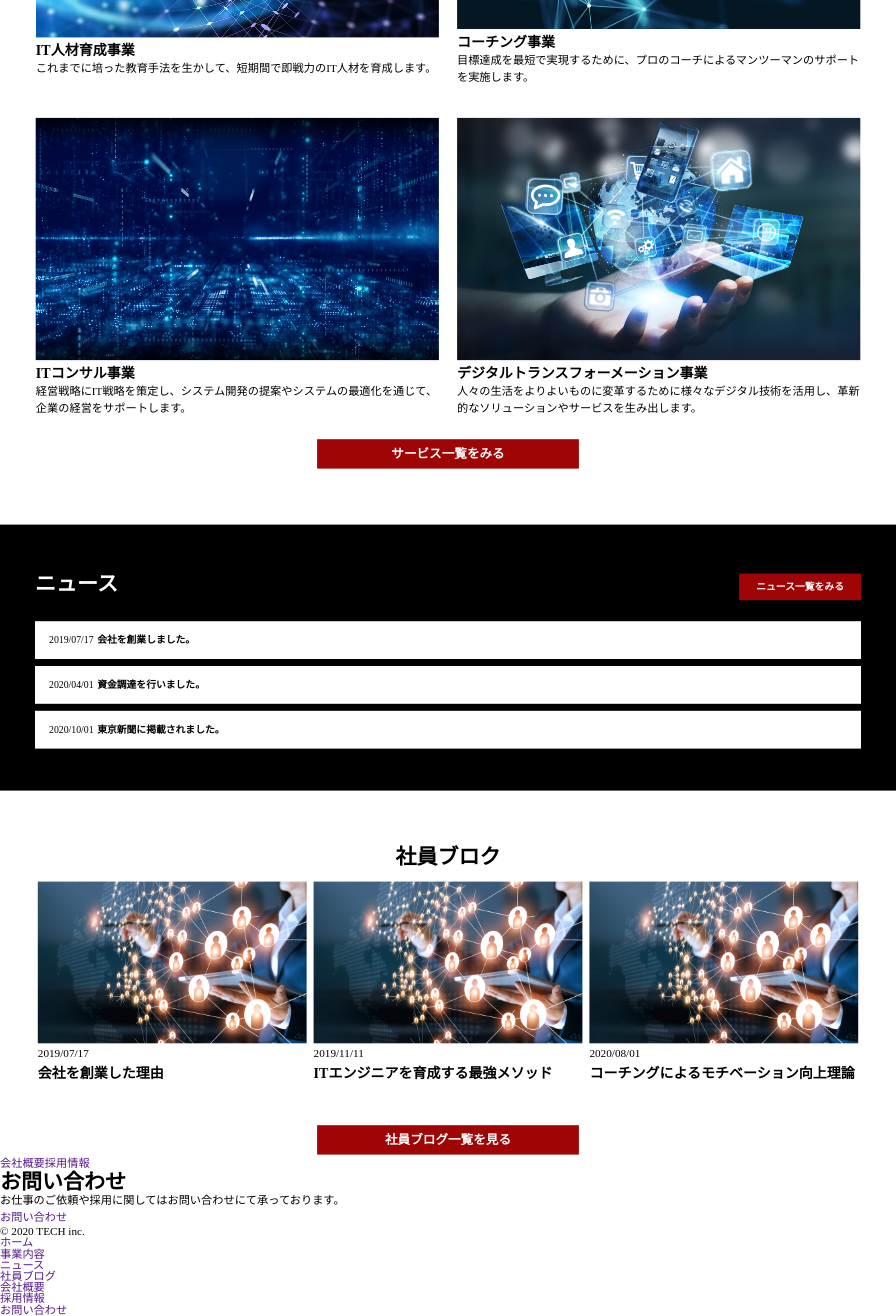
Repository: masanarimiura/20220516_miura
Page: index.html
An editor plug-in stored every save of this project. The page is shown before and after the next save, followed by the edit.
The browser window is 1280 px wide. The pictures show the part of the page from y = 1428 to 3348 px (the page is 3308 px tall before and 3348 px after), at 70% of full size.

Above is the page before, as saved 2022-05-13 20:49:09.

### index.html
<!DOCTYPE html>
<html lang="ja">

<head>
  <meta charset="UTF-8">
  <meta http-equiv="X-UA-Compatible" content="IE=edge">
  <meta name="viewport" content="width=device-width, initial-scale=1.0">
  <title>Document</title>
  <link rel="stylesheet" href="css/reset.css">
  <link rel="stylesheet" href="css/index.css">
</head>

<body>

  <header class="header">
    <h2 class="header__ttl">TECH</h2>
    <nav class="header__nav">
      <ul>
        <li><a href="" class="header__nav__item1">ホーム</a></li>
        <li><a href="" class="header__nav__item2">事業内容</a></li>
        <li><a href="" class="header__nav__item3">ニュース</a></li>
        <li><a href="" class="header__nav__item4">社員ブログ</a></li>
        <li><a href="" class="header__nav__item5">会社概要</a></li>
        <li><a href="" class="header__nav__item6">採用情報</a></li>
        <li><a href="" class="header__nav__item7">お問い合わせ</a></li>
      </ul>
    </nav>
  </header>

  <div class="eyecatch">
    <div class="eyecatch__content">
      <h1 class="eyecatch__content__ttl">最新のテクノロジーで社会課題を解決</h1>
      <p class="eyecatch__content__txt">solving social issues with the latest tdchnology</p>
    </div>
  </div>

  <div class="message">
    <div class="message__inner">
      <h2 class="message__ttl">株式会社TECHの想い</h2>
      <p class="message__txt">
        あらゆる産業において、新たなデジタル技術を使ってこれまでにないビジネスモデルを展開する新規参入者が養生し、ゲームチェンジが起ころうとしています。こうした中で、各企業は、競争力維持・強化のために。DXを迅速に進めていくことが求められています。しかし、DXにおいて投資コストは非常にかかります。株式会社TECHでは独自のオペレーションと人材教育により、他社よりも価格を抑えた開発を行います。
      </p>
    </div>
  </div>

  <div class="service">
    <h2 class="service__ttl">サービス</h2>
    <div class="service__inner">
      <div class="service__box">
        <img src="img/service1.png" alt="" class="service__box__img">
        <h3 class="service__box__ttl">IT人材育成事業</h3>
        <p class="service__box__txt">これまでに培った教育手法を生かして、短期間で即戦力のIT人材を育成します。</p>
      </div>
      <div class="service__box">
        <img src="img/service2.png" alt="" class="service__box__img">
        <h3 class="service__box__ttl">コーチング事業</h3>
        <p class="service__box__txt">目標達成を最短で実現するために、プロのコーチによるマンツーマンのサポートを実施します。</p>
      </div>
      <div class="service__box">
        <img src="img/service3.png" alt="" class="service__box__img">
        <h3 class="service__box__ttl">ITコンサル事業</h3>
        <p class="service__box__txt">経営戦略にIT戦略を策定し、システム開発の提案やシステムの最適化を通じて、企業の経営をサポートします。</p>
      </div>
      <div class="service__box">
        <img src="img/service4.png" alt="" class="service__box__img">
        <h3 class="service__box__ttl">デジタルトランスフォーメーション事業</h3>
        <p class="service__box__txt">人々の生活をよりよいものに変革するために様々なデジタル技術を活用し、革新的なソリューションやサービスを生み出します。</p>
      </div>
      <a href="" class="button">サービス一覧をみる</a>
    </div>
  </div>

  <div class="news">
    <div class="news__inner">
      <div class="news__ttl">
        <h2 class="news__ttl-txt">ニュース</h2>
        <a href="" class="service__link button">ニュース一覧をみる</a>
      </div>
      <div class="news__content">
        <ul class="news__content-inner">
          <li class="news__content-topic">
            <a herf="">2019/07/17<span>会社を創業しました。</span></a>
          </li>
          <li class="news__content-topic">
            <a herf="">2020/04/01<span>資金調達を行いました。</span></a>
          </li>
          <li class="news__content-topic">
            <a herf="">2020/10/01<span>東京新聞に掲載されました。</span></a>
          </li>
        </ul>
      </div>
    </div>
  </div>
  <div class="blog">
    <h2 class="blog__ttl">社員ブロク</h2>
    <div class="blog__inner">
      <div class="blog__box">
        <a href=""><img src="img/blog.png" alt="" class="blog__img"></a>
        <p class="blog__date">2019/07/17</p>
        <p class="blog__txt">会社を創業した理由</p>
      </div>
      <div class="blog__box">
        <a href=""><img src="img/blog.png" alt="" class="blog__img"></a>
        <p class="blog__date">2019/11/11</p>
        <p class="blog__txt">ITエンジニアを育成する最強メソッド</p>
      </div>
      <div class="blog__box">
        <a href=""><img src="img/blog.png" alt="" class="blog__img"></a>
        <p class="blog__date">2020/08/01</p>
        <p class="blog__txt">コーチングによるモチベーション向上理論</p>
      </div>
    </div>
    <a href="" class="button blog__link">社員ブログ一覧を見る</a>
  </div>

  <div class="info">
    <section class="info__company"><a href="">
        <p class="info__company__ttl">会社概要</p>
      </a></section>
    <section class="info__recruit"><a href="">
        <p class="info__recruit__ttl">採用情報</p>
      </a></section>
  </div>

  <div class="contact">
    <h2 class="contact__ttl">お問い合わせ</h2>
    <p class="contact__txt">お仕事のご依頼や採用に関してはお問い合わせにて承っております。</p>
    <p class="contact__link"><a href="">お問い合わせ</a></p>
  </div>

  <footer class="footer">
    <div class="footer__copy">&copy; 2020 TECH inc.</div>
    <ul class="footer__nav">
      <li><a href="" class="footer__nav__item1">ホーム</a></li>
      <li><a href="" class="footer__nav__item2">事業内容</a></li>
      <li><a href="" class="footer__nav__item3">ニュース</a></li>
      <li><a href="" class="footer__nav__item4">社員ブログ</a></li>
      <li><a href="" class="footer__nav__item5">会社概要</a></li>
      <li><a href="" class="footer__nav__item6">採用情報</a></li>
      <li><a href="" class="footer__nav__item7">お問い合わせ</a></li>
    </ul>
  </footer>


  <script src="js/main.js"></script>
</body>

</html>

### css/reset.css
/*
html5doctor.com Reset Stylesheet
v1.6.1
Last Updated: 2010-09-17
Author: Richard Clark - http://richclarkdesign.com
Twitter: @rich_clark
*/
html,
body,
div,
span,
object,
iframe,
h1,
h2,
h3,
h4,
h5,
h6,
p,
blockquote,
pre,
abbr,
address,
cite,
code,
del,
dfn,
em,
img,
ins,
kbd,
q,
samp,
small,
strong,
sub,
sup,
var,
b,
i,
dl,
dt,
dd,
ol,
ul,
li,
fieldset,
form,
label,
legend,
table,
caption,
tbody,
tfoot,
thead,
tr,
th,
td,
article,
aside,
canvas,
details,
figcaption,
figure,
footer,
header,
hgroup,
menu,
nav,
section,
summary,
time,
mark,
audio,
video {
  margin: 0;
  padding: 0;
  border: 0;
  outline: 0;
  font-size: 100%;
  vertical-align: baseline;
  background: transparent;
}

body {
  line-height: 1;
}

article,
aside,
details,
figcaption,
figure,
footer,
header,
hgroup,
menu,
nav,
section {
  display: block;
}

nav ul {
  list-style: none;
}

blockquote,
q {
  quotes: none;
}

blockquote:before,
blockquote:after,
q:before,
q:after {
  content: "";
  content: none;
}

a {
  margin: 0;
  padding: 0;
  font-size: 100%;
  vertical-align: baseline;
  background: transparent;
}

/* change colours to suit your needs */
ins {
  background-color: #ff9;
  color: #000;
  text-decoration: none;
}

/* change colours to suit your needs */
mark {
  background-color: #ff9;
  color: #000;
  font-style: italic;
  font-weight: bold;
}

del {
  text-decoration: line-through;
}

abbr[title],
dfn[title] {
  border-bottom: 1px dotted;
  cursor: help;
}

table {
  border-collapse: collapse;
  border-spacing: 0;
}

/* change border colour to suit your needs */
hr {
  display: block;
  height: 1px;
  border: 0;
  border-top: 1px solid #cccccc;
  margin: 1em 0;
  padding: 0;
}

input,
select {
  vertical-align: middle;
}

### css/index.css
h2 {
  font-size: 30px;
  font-weight: bold;
}
h3 {
  font-size: 20px;
  font-weight: bold;
  line-height: 1.5;
}
a {
  text-decoration: none;
}
p {
  line-height: 1.5;
}
.button {
  display: block;
  text-align: center;
  color: #fff;
  font-size: 18px;
  font-weight: bold;
  background-color: rgb(160, 5, 5);
  width: 350px;
  padding: 12px;
}

.header {
  display: flex;
  justify-content: space-between;
  text-align: center;
  padding: 20px 30px;
  position: sticky;
  top: 0;
  background-color: #fff;
  z-index: 1;
}
.header__nav ul {
  display: flex;
  justify-content: space-between;
}
.header__nav ul li {
  padding: 0 15px;
  font-size: 16px;
  font-weight: bold;
}
.header__nav ul li a {
  color: #000;
}

.eyecatch {
  display: flex;
  justify-content: center;
  align-items: center;
  text-align: center;
  background: url(../img/mv.png) center/ cover;
  height: 80vh;
}
.eyecatch__content {
  color: #fff;
}
.eyecatch__content__ttl {
  font-size: 50px;
  padding: 20px;
  line-height: 1.5;
}
.eyecatch__content__txt {
  font-weight: bold;
  font-size: 20px;
  padding: 20px;
}

.message {
  background: #000;
  display: flex;
  justify-content: center;
  align-items: center;
}
.message__inner {
  padding: 80px 80px;
}
.message__ttl {
  color: #fff;
}
.message__txt {
  color: #fff;
  line-height: 2;
  text-align: justify;
  padding: 20px 0 0;
}

.service {
  margin-top: 100px;
}
.service__ttl {
  text-align: center;
  margin-bottom: 30px;
}
.service__inner {
  display: flex;
  align-items: center;
  flex-wrap: wrap;
  justify-content: center;
}
.service__box {
  width: 45%;
  height: auto;
  padding: 1%;
  margin-bottom: 20px;
}
.service__box img {
  width: 100%;
  height: auto;
}
.service__button {
  margin-top: 50px;
}
.news {
  background: #000;
  margin-top: 80px;
}
.news__inner {
  padding: 50px 50px;
}
.news__ttl {
  display: flex;
  justify-content: space-between;
  padding: 20px 0;
}
.news__ttl-txt {
  color: #fff;
}
.service__link {
  width: 150px;
  font-size: 14px;
}
.news__content-topic a {
  background-color: #fff;
  margin: 10px 0;
  padding: 20px;
  font-size: 14px;
  display: block;
}
.news__content-topic span {
  font-weight: bold;
  display: inline-block;
  padding: 0 5px;
}

.blog {
  margin-top: 80px;
}
.blog__ttl {
  text-align: center;
}
.blog__inner {
  display: flex;
  justify-content: center;
}
.blog__box {
  width: 30%;
  margin: 20px 5px;
}
.blog__box img {
  width: 100%;
}
.blog__txt {
  font-weight: bold;
  font-size: 20px;
}
.blog__link {
  margin: 40px auto 0;
}

.info {
  display: flex;
}
.

Loaded but not shown: js/main.js (no copy from this time; the picture is the same without it)

After the next save:
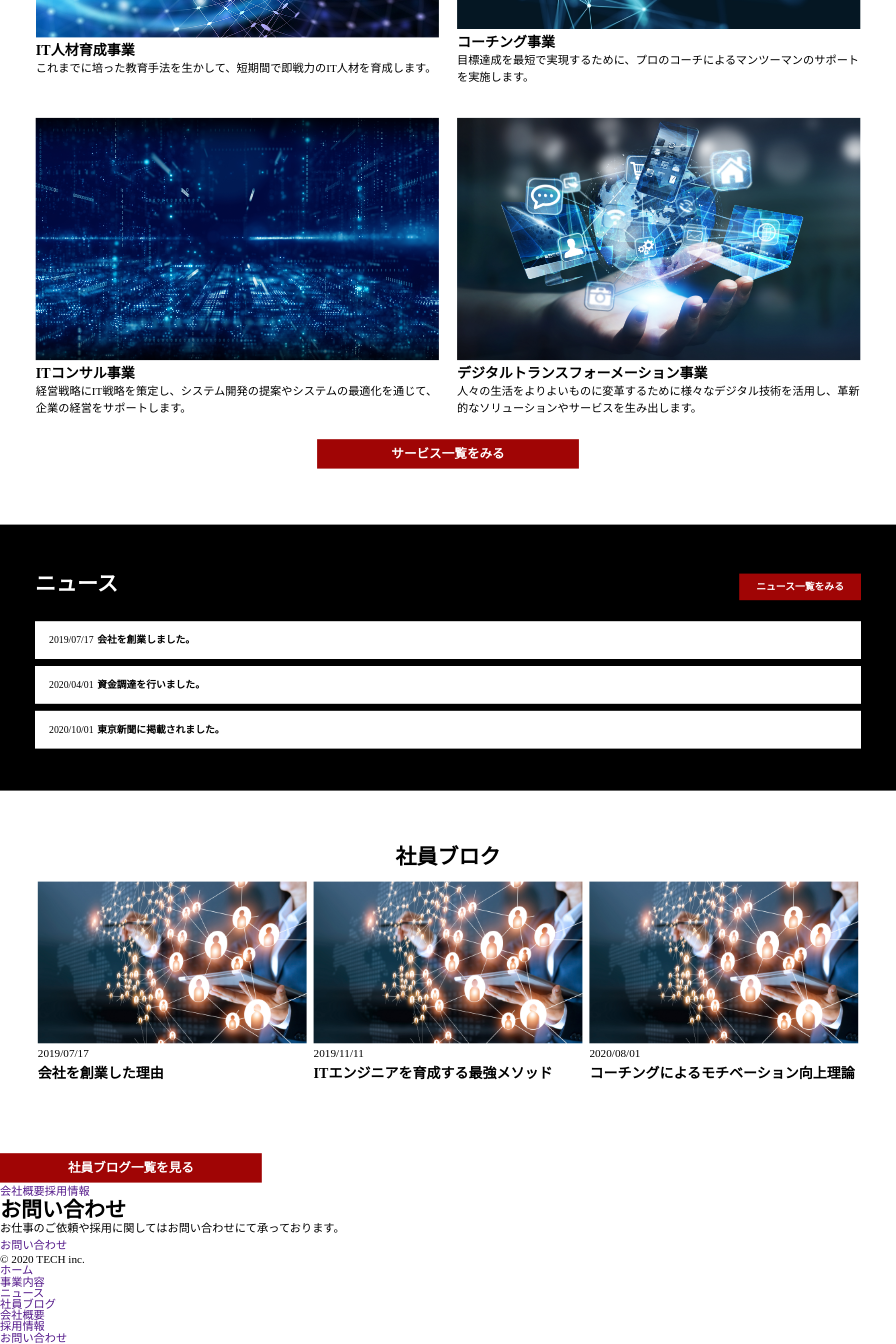
Saved 17 s later.
--- a/index.html
+++ b/index.html
@@ -110,16 +110,16 @@
         <p class="blog__txt">コーチングによるモチベーション向上理論</p>
       </div>
     </div>
-    <a href="" class="button blog__link">社員ブログ一覧を見る</a>
+    <a href="" class="button blog">社員ブログ一覧を見る</a>
   </div>
 
   <div class="info">
-    <section class="info__company"><a href="">
+    <div class="info__company"><a href="">
         <p class="info__company__ttl">会社概要</p>
-      </a></section>
-    <section class="info__recruit"><a href="">
+      </a></div>
+    <div class="info__recruit"><a href="">
         <p class="info__recruit__ttl">採用情報</p>
-      </a></section>
+      </a></div>
   </div>
 
   <div class="contact">

After the 3 saves that followed:
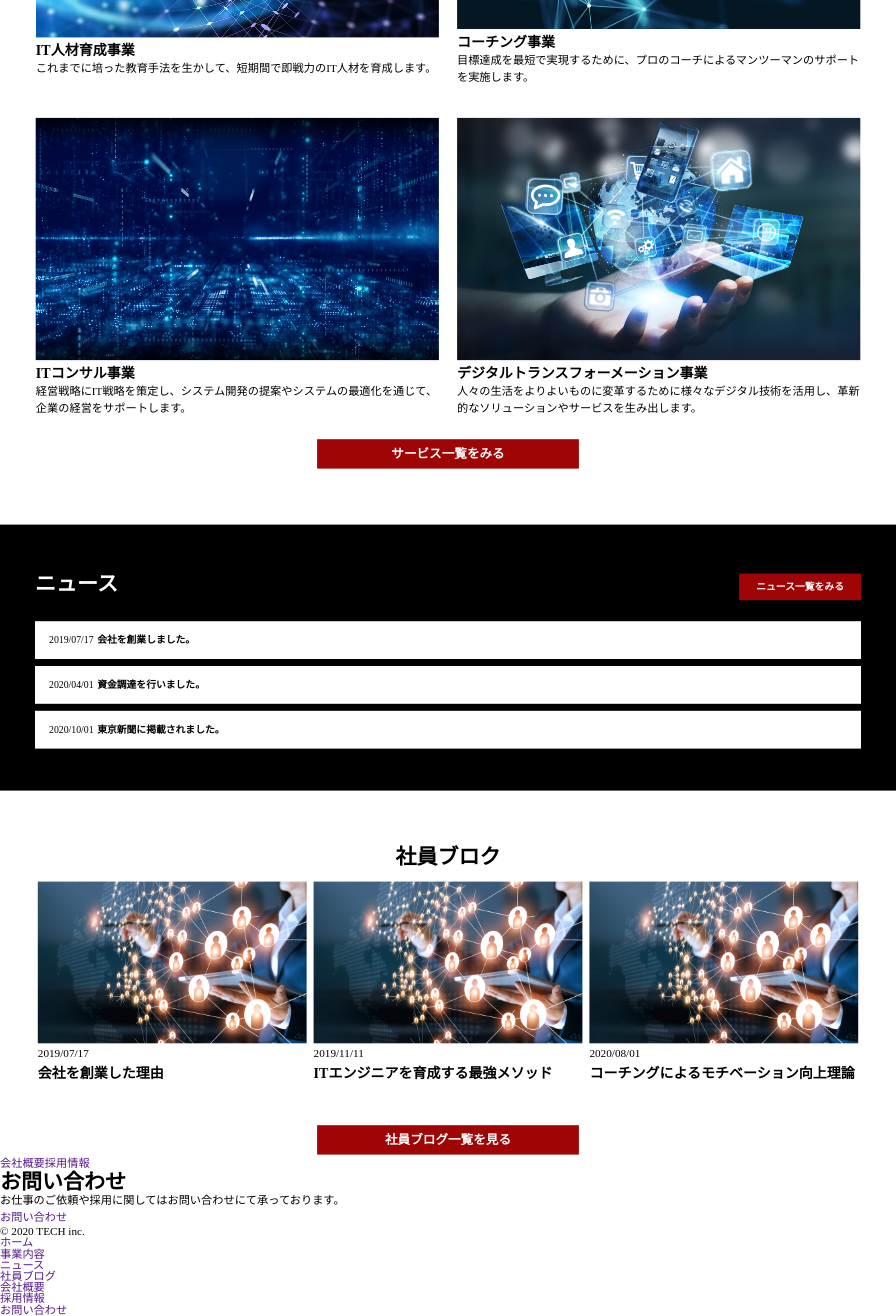
The 3 saves are shown as one change because they came seconds apart.
The last was saved 19 s later.
--- a/index.html
+++ b/index.html
@@ -110,7 +110,7 @@
         <p class="blog__txt">コーチングによるモチベーション向上理論</p>
       </div>
     </div>
-    <a href="" class="button blog">社員ブログ一覧を見る</a>
+    <a href="" class="button blog__link">社員ブログ一覧を見る</a>
   </div>
 
   <div class="info">
